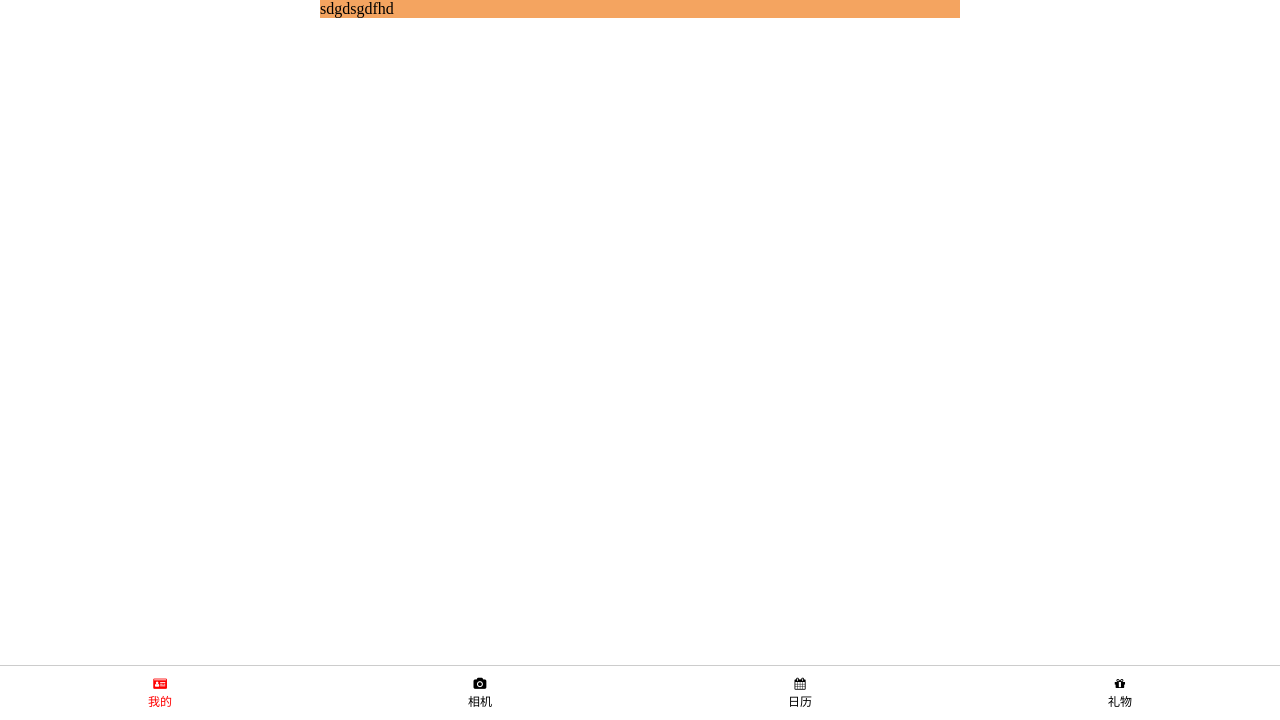
Repository: zhenzhen-gong/flextContent
Page: index.html
These files come from the project's save history. The page is drawn as it stood at one moment and after the next save; the edit follows.
The browser window is 1280 px wide. The pictures show the whole page.

Above is the page before, as saved 2020-06-18 16:42:54.

After the next save:
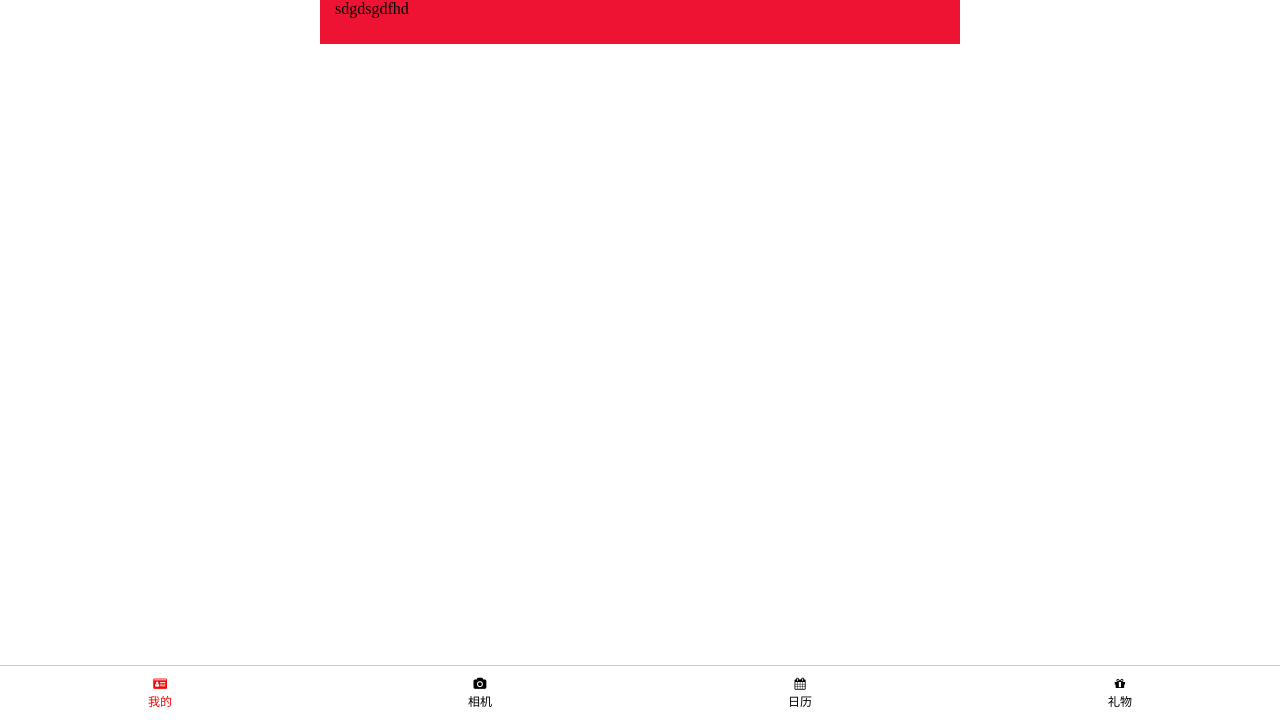
Saved 5 min 6 s later.
--- a/css/style.css
+++ b/css/style.css
@@ -15,7 +15,11 @@
     right: 0;
     margin: 0 auto;
     background: sandybrown;
-
+}
+.Tbox>header{
+   height: 44px;
+   padding: 0 15px;
+   background: #ef1333;
 }
 
 /* 页脚部分 */
